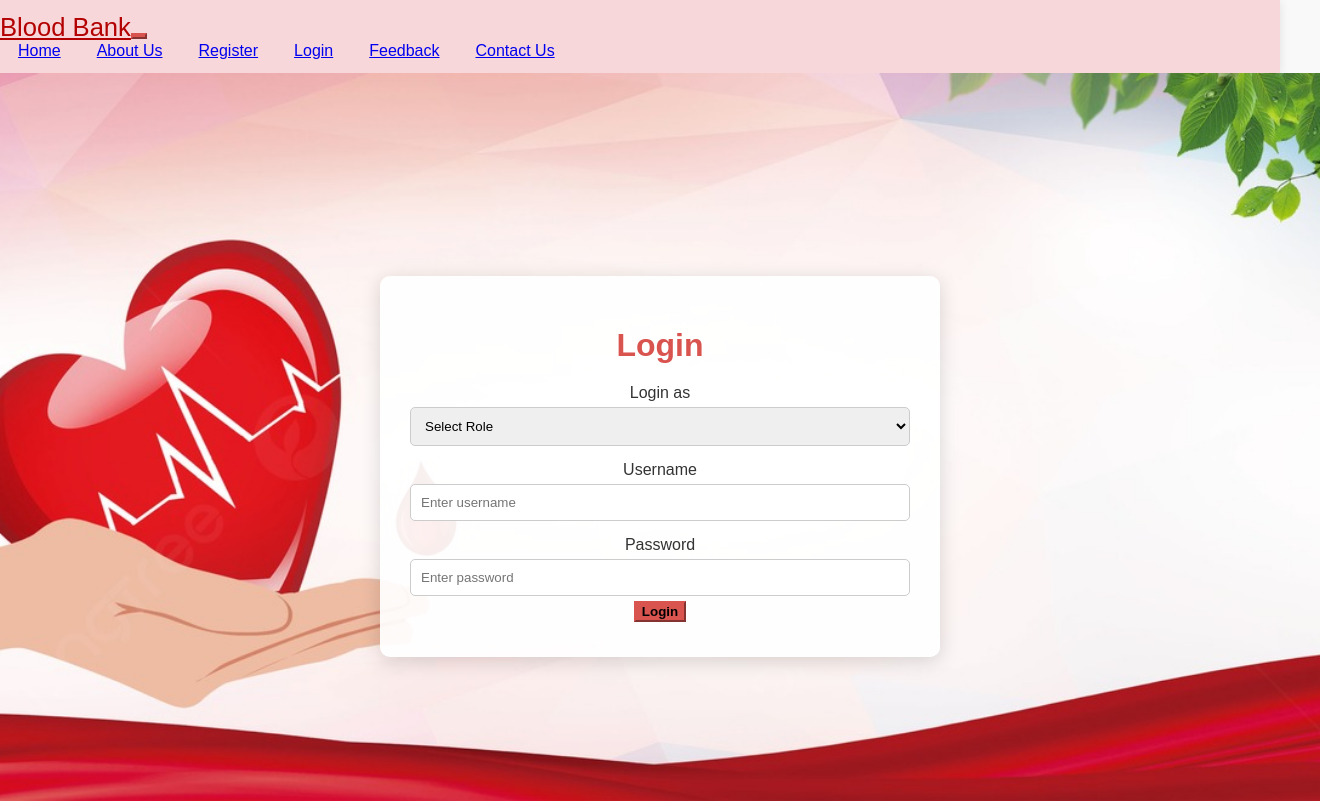
Repository: krismehta02/MINI-PROJECT-MAY
Page: /login (app in blood-donation-frontend/)
An editor plug-in stored every save of this project. The page is shown before and after the next save, followed by the edit.
The browser window is 1280 px wide. The page is 1320 px wide, so the pictures cover 1320 px, including what lies to the right of the window. The pictures show the whole page.
Backgrounds fixed to the window are drawn as part of the page. The project was rebuilt for these pictures with package versions that can differ from the ones it lists, and the page was loaded fresh each time. Also part of the build but not shown: blood-donation-frontend/vite.config.js, blood-donation-frontend/src/pages/Home.jsx, blood-donation-frontend/src/pages/AboutUs.jsx, blood-donation-frontend/src/pages/Register.jsx, blood-donation-frontend/src/pages/Feedback.jsx, blood-donation-frontend/src/pages/ContactUs.jsx, blood-donation-frontend/src/pages/PatientDashboard.jsx, blood-donation-frontend/src/pages/DonorDashboard.jsx.

Above is the page before, as saved 2025-05-12 08:55:01.

After the next save:
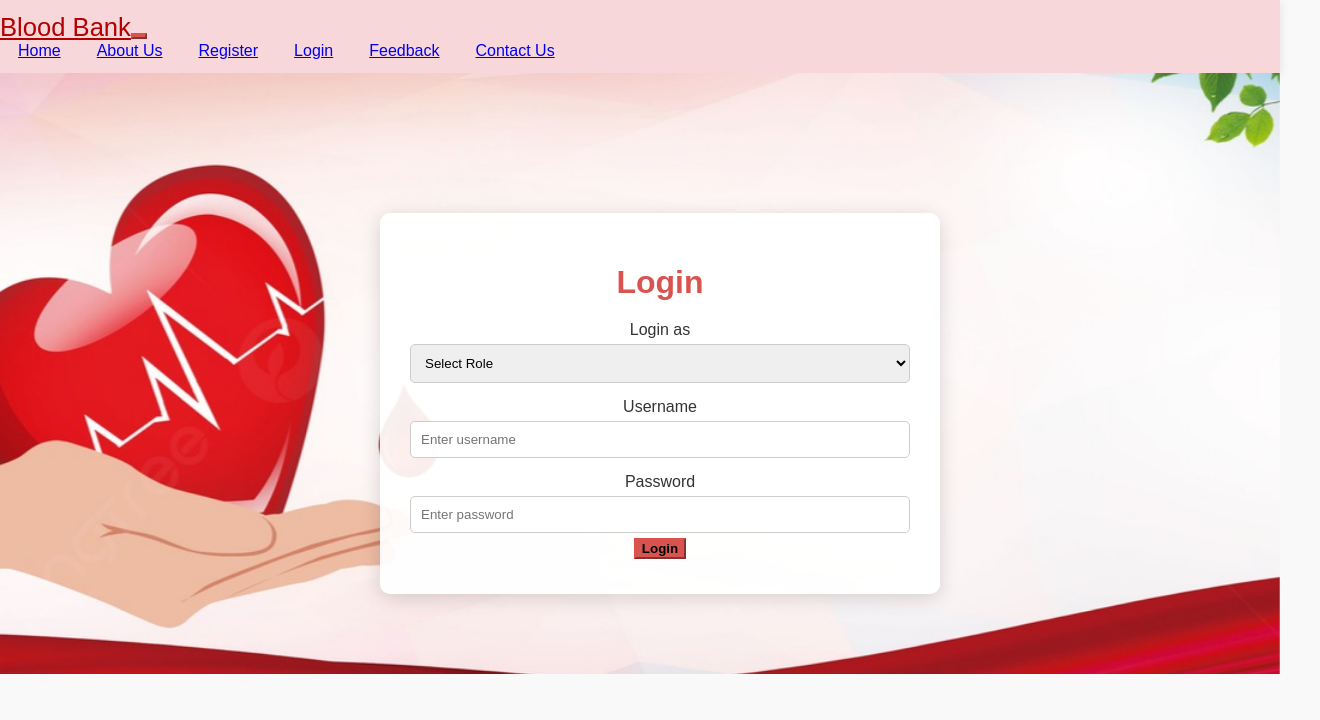
Saved 12 s later.
--- a/blood-donation-frontend/src/pages/Login.jsx
+++ b/blood-donation-frontend/src/pages/Login.jsx
@@ -64,7 +64,7 @@ function Login() {
   return (
   <div
      style={{
-    minHeight: '90vh',  // Covers 90% of viewport height instead of 100%
+    minHeight: '50vh',  // Covers 90% of viewport height instead of 100%
     width: '100%',
     backgroundImage: 'url(/Videos/login_bg.jpg)',
     backgroundSize: 'cover',
